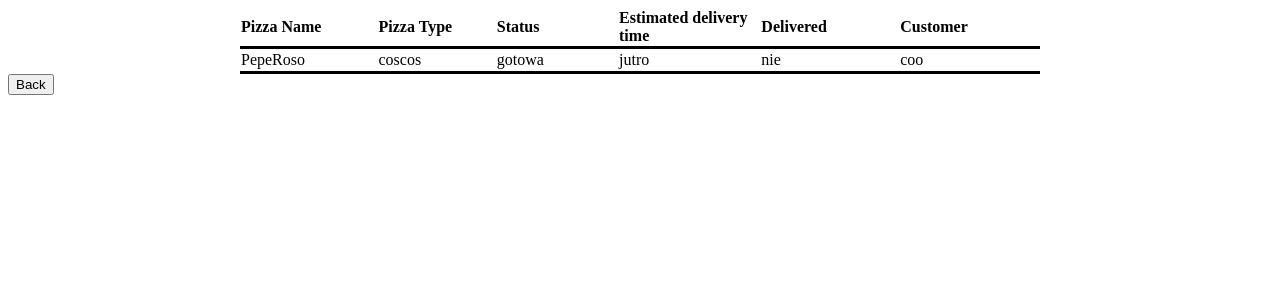
Repository: wisni4k/html-trainee
Page: testWeb/WebContent/OrdersList.html
The author's editor kept a copy of each file at every save. The page is drawn from the files as they stood at one save, then again after the next save.
The browser window is 1280 px wide. The pictures show the whole page.

Above is the page before, as saved 2015-07-10 13:18:52.

After the next save:
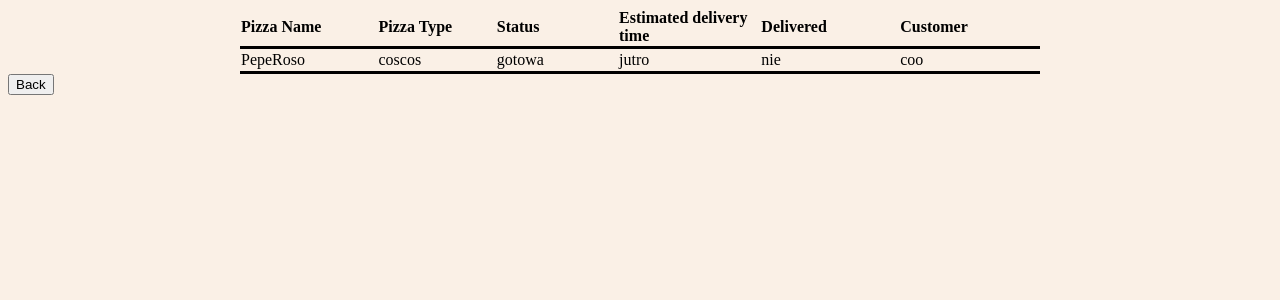
Saved 26 s later.
--- a/testWeb/WebContent/TableStyle.css
+++ b/testWeb/WebContent/TableStyle.css
@@ -1,4 +1,8 @@
 @CHARSET "UTF-8";
+
+body {
+    background-color: linen;
+}
 
 table ,td{
 	border-collapse: collapse;
